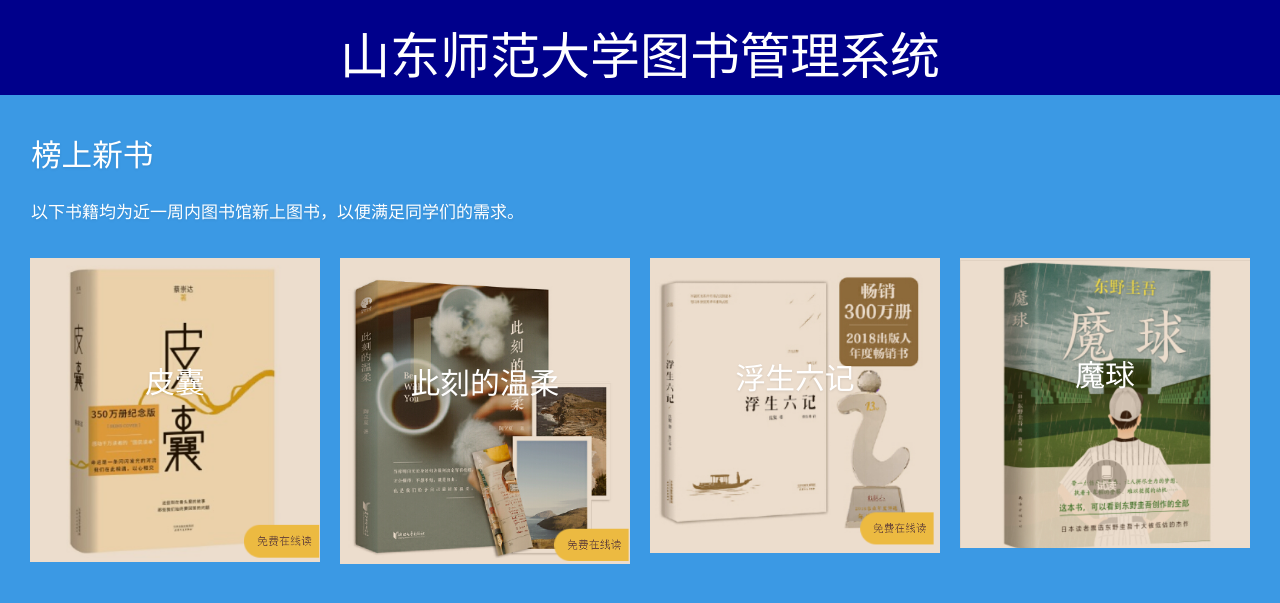
Repository: ybl20000418/SDNU
Page: http://localhost/First/haoshutuijian.jsp
An editor plug-in stored every save of this project. The page is shown before and after the next save, followed by the edit.
The browser window is 1280 px wide. The pictures show the whole page.
The page is served by Tomcat 9. Other server files are loaded and not shown.

Above is the page before, as saved 2019-12-15 06:53:05.

### First/WebContent/haoshutuijian.jsp
<%@ page language="java" contentType="text/html; charset=utf-8"
    pageEncoding="utf-8"%>
<!DOCTYPE html>
<html lang="en">
<head>
    <meta charset="utf-8">
    <meta http-equiv="X-UA-Compatible" content="IE=edge">
    <meta name="viewport" content="width=device-width, initial-scale=1">

    <title>山东师范大学图书管理系统</title>

    <link rel="stylesheet" href="CSS/font-awesome.min.css">
    <!-- Font Awesome -->
    <link rel="stylesheet" href="CSS/bootstrap.min333.css">
    <!-- Bootstrap style -->
    <link rel="stylesheet" href="CSS/hero-slider-style.css">
    <!-- Hero slider style (https://codyhouse.co/gem/hero-slider/) -->
    <link rel="stylesheet" href="CSS/magnific-popup.css">
    <!-- Magnific popup style (http://dimsemenov.com/plugins/magnific-popup/) -->
    <link rel="stylesheet" href="CSS/tooplate-style.css">


	<style>
.roe{
   padding-top:20px;
   color: #fff;
   text-align: center;
   font-size: 50px;
   font-family:'STKaiti';
   background-color:#00008B
}
</style>
</head>

    <body>

        <!-- Content -->
        <div class="cd-hero">

            <!-- Navigation -->
            <div class="cd-slider-nav">
				<div class="roe">
        山东师范大学图书管理系统
				</div>
            </div>

            <ul class="cd-hero-slider">

                <!-- Page 1 Gallery One -->
                <li class="selected">
                    <div class="cd-full-width">
                        <div class="container-fluid js-tm-page-content" data-page-no="1" data-page-type="gallery">
                            <div class="tm-img-gallery-container">
                                <div class="tm-img-gallery gallery-one">
                                <!-- Gallery One pop up connected with JS code below -->
                                    <div class="tm-img-gallery-info-container">
                                        <h2 class="tm-text-title tm-gallery-title tm-white"><span class="tm-white">榜上新书</span></h2>
                                        <p class="tm-text">以下书籍均为近一周内图书馆新上图书，以便满足同学们的需求。
                                        </p>
                                    </div>
                                    <div class="grid-item">
                                        <figure class="effect-bubba">
                                            <img src="images/pinang.png" alt="Image" class="img-fluid tm-img">
                                            <figcaption>
                                                <h2 class="tm-figure-title">皮<span>囊</span></h2>
                                                <p class="tm-figure-description">央视著名主持朱迅自传.</p>
                                                <a href="images/pinang.png">View more</a>
                                            </figcaption>
                                        </figure>
                                    </div>
                                    <div class="grid-item">
                                        <figure class="effect-bubba">
                                            <img src="images/cikedewenrou.png" alt="Image" class="img-fluid tm-img">
                                            <figcaption>
                                                <h2 class="tm-figure-title">此刻的温柔</span></h2>
                                                <p class="tm-figure-description">Be With You.</p>
                                                <a href="images/cikedewenrou.png">View more</a>
                                            </figcaption>
                                        </figure>
                                    </div>
                                    <div class="grid-item">
                                        <figure class="effect-bubba">
                                            <img src="images/fushengliuji.png" alt="Image" class="img-fluid tm-img">
                                            <figcaption>
                                                <h2 class="tm-figure-title">浮生六记</span></h2>
                                                <p class="tm-figure-description">文言文畅销书</p>
                                                <a href="images/fushengliuji.png">View more</a>
                                            </figcaption>
                                        </figure>
                                    </div>
                                    <div class="grid-item">
                                        <figure class="effect-bubba">
                                            <img src="images/moqiu.png" alt="Image" class="img-fluid tm-img">
                                            <figcaption>
                                                <h2 class="tm-figure-title">魔<span>球</span></h2>
                                                <p class="tm-figure-description">东野圭吾佳作.</p>
                                                <a href="images/moqiu.png">View more</a>
                                            </figcaption>
                                        </figure>
                                    </div>
                                </div>
                            </div>
                        </div>
                    </div>
                </li>
        <div id="loader-wrapper">

            <div id="loader"></div>
            <div class="loader-section section-left"></div>
            <div class="loader-section section-right"></div>

        </div>

        <!-- load JS files -->
        <script src="js/jquery-1.11.3.min.js"></script>         <!-- jQuery (https://jquery.com/download/) -->
        <script src="js/tether.min.js"></script> <!-- Tether for Bootstrap (http://stackoverflow.com/questions/34567939/how-to-fix-the-error-error-bootstrap-tooltips-require-tether-http-github-h) -->
        <script src="js/bootstrap.min333.js"></script>             <!-- Bootstrap js (v4-alpha.getbootstrap.com/) -->
        <script src="js/hero-slider-main.js"></script>          <!-- Hero slider (https://codyhouse.co/gem/hero-slider/) -->
        <script src="js/jquery.magnific-popup.min.js"></script> <!-- Magnific popup (http://dimsemenov.com/plugins/magnific-popup/) -->

        <script>

            function adjustHeightOfPage(pageNo) {

                var offset = 80;
                var pageContentHeight = 0;

                var pageType = $('div[data-page-no="' + pageNo + '"]').data("page-type");

                if( pageType != undefined && pageType == "gallery") {
                    pageContentHeight = $(".cd-hero-slider li:nth-of-type(" + pageNo + ") .tm-img-gallery-container").height();
                }
                else {
                    pageContentHeight = $(".cd-hero-slider li:nth-of-type(" + pageNo + ") .js-tm-page-content").height() + 20;
                }

                if($(window).width() >= 992) { offset = 120; }
                else if($(window).width() < 480) { offset = 40; }

                // Get the page height
                var totalPageHeight = $('.cd-slider-nav').height()
                                        + pageContentHeight + offset
                                        + $('.tm-footer').height();

                // Adjust layout based on page height and window height
                if(totalPageHeight > $(window).height())
                {
                    $('.cd-hero-slider').addClass('small-screen');
                    $('.cd-hero-slider li:nth-of-type(' + pageNo + ')').css("min-height", totalPageHeight + "px");
                }
                else
                {
                    $('.cd-hero-slider').removeClass('small-screen');
                    $('.cd-hero-slider li:nth-of-type(' + pageNo + ')').css("min-height", "100%");
                }
            }

            /*
                Everything is loaded including images.
            */
            $(window).load(function(){

                adjustHeightOfPage(1); // Adjust page height

                /* Gallery One pop up
                -----------------------------------------*/
                $('.gallery-one').magnificPopup({
                    delegate: 'a', // child items selector, by clicking on it popup will open
                    type: 'image',
                    gallery:{enabled:true}
                });

				/* Gallery Two pop up
                -----------------------------------------*/
				$('.gallery-two').magnificPopup({
                    delegate: 'a',
                    type: 'image',
                    gallery:{enabled:true}
                });

                /* Gallery Three pop up
                -----------------------------------------*/
                $('.gallery-three').magnificPopup({
                    delegate: 'a',
                    type: 'image',
                    gallery:{enabled:true}
                });

                /* Collapse menu after click
                -----------------------------------------*/
                $('#tmNavbar a').click(function(){
                    $('#tmNavbar').collapse('hide');

                    adjustHeightOfPage($(this).data("no")); // Adjust page height
                });

                /* Browser resized
                -----------------------------------------*/
                $( window ).resize(function() {
                    var currentPageNo = $(".cd-hero-slider li.selected .js-tm-page-content").data("page-no");

                    // wait 3 seconds
                    setTimeout(function() {
                        adjustHeightOfPage( currentPageNo );
                    }, 1000);

                });

                // Remove preloader (https://ihatetomatoes.net/create-custom-preloading-screen/)
                $('body').addClass('loaded');

            });



        </script>

</body></html>

Loaded but not shown: First/WebContent/CSS/font-awesome.min.css (library); First/WebContent/CSS/bootstrap.min333.css (library); First/WebContent/CSS/magnific-popup.css (library); First/WebContent/js/jquery-1.11.3.min.js (library); First/WebContent/js/tether.min.js (library); First/WebContent/js/bootstrap.min333.js (library); First/WebContent/js/jquery.magnific-popup.min.js (library); First/WebContent/js/hero-slider-main.js (141 lines, source omitted); First/WebContent/CSS/tooplate-style.css (873 lines, source omitted); First/WebContent/CSS/hero-slider-style.css (698 lines, source omitted)

After the next save:
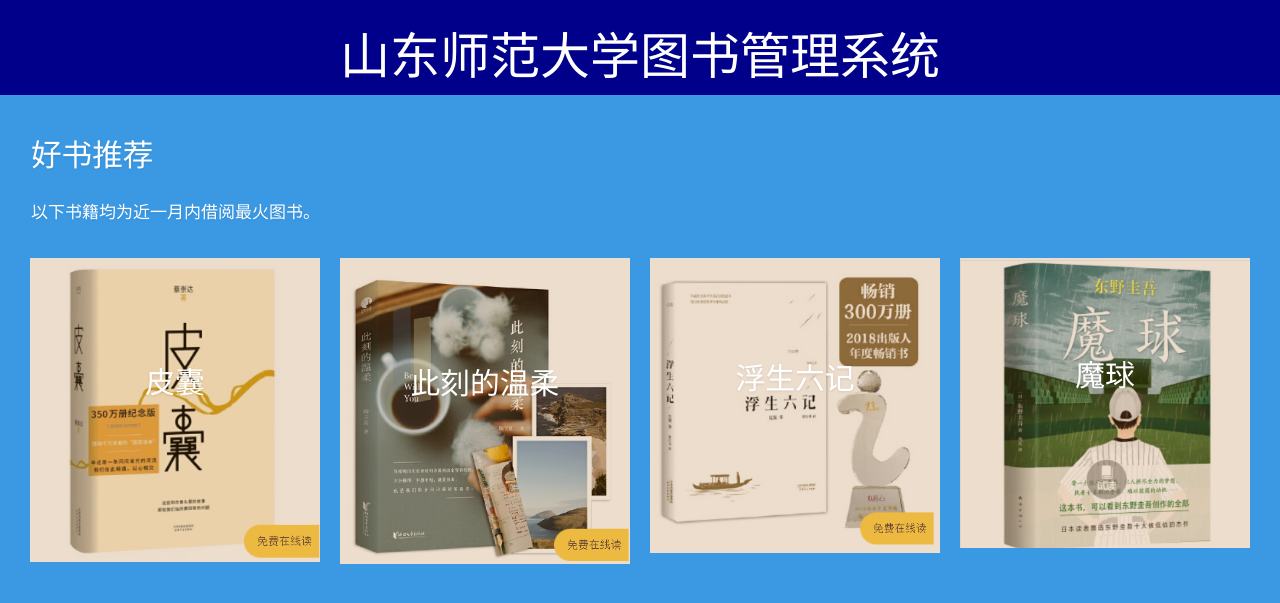
Saved 38 s later.
--- a/First/WebContent/haoshutuijian.jsp
+++ b/First/WebContent/haoshutuijian.jsp
@@ -54,8 +54,8 @@
                                 <div class="tm-img-gallery gallery-one">
                                 <!-- Gallery One pop up connected with JS code below -->
                                     <div class="tm-img-gallery-info-container">
-                                        <h2 class="tm-text-title tm-gallery-title tm-white"><span class="tm-white">榜上新书</span></h2>
-                                        <p class="tm-text">以下书籍均为近一周内图书馆新上图书，以便满足同学们的需求。
+                                        <h2 class="tm-text-title tm-gallery-title tm-white"><span class="tm-white">好书推荐</span></h2>
+                                        <p class="tm-text">以下书籍均为近一月内借阅最火图书。
                                         </p>
                                     </div>
                                     <div class="grid-item">
